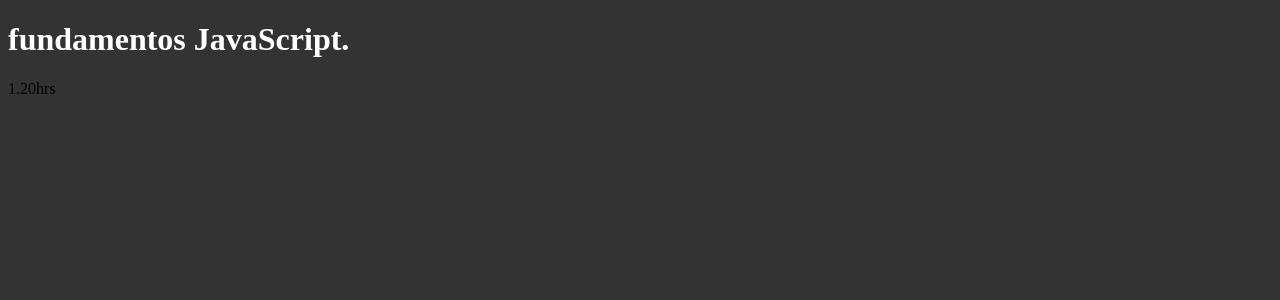
Repository: Edwinjuarez/fundamentos-javaScript
Page: index.html
These files come from the project's save history. The page is drawn as it stood at one moment and after the next save; the edit follows.
The browser window is 1280 px wide. The pictures show the whole page.

Above is the page before, as saved 2023-09-21 11:47:00.

After the next save:
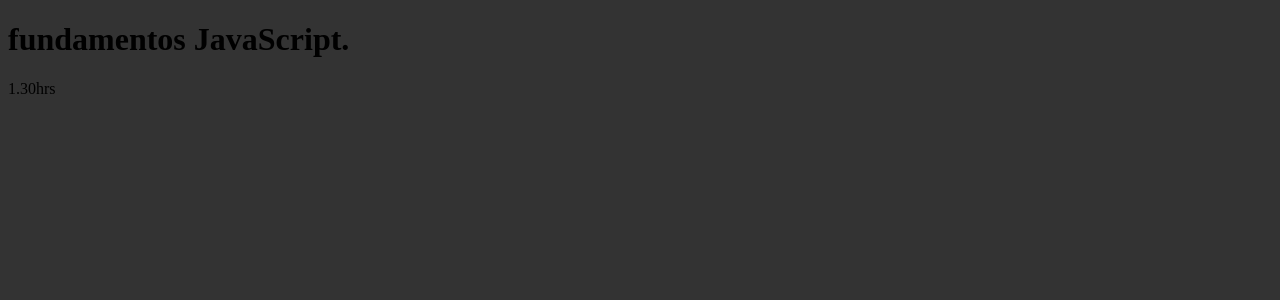
Saved 5 min 25 s later.
--- a/index.html
+++ b/index.html
@@ -11,10 +11,5 @@
     <h1 class="texto-blanco">fundamentos JavaScript.</h1>
   </body>
 </html>
-<style>
-  .texto-blanco {
-    color: white;
-  }
-</style>
 
-1.20hrs
+1.30hrs
